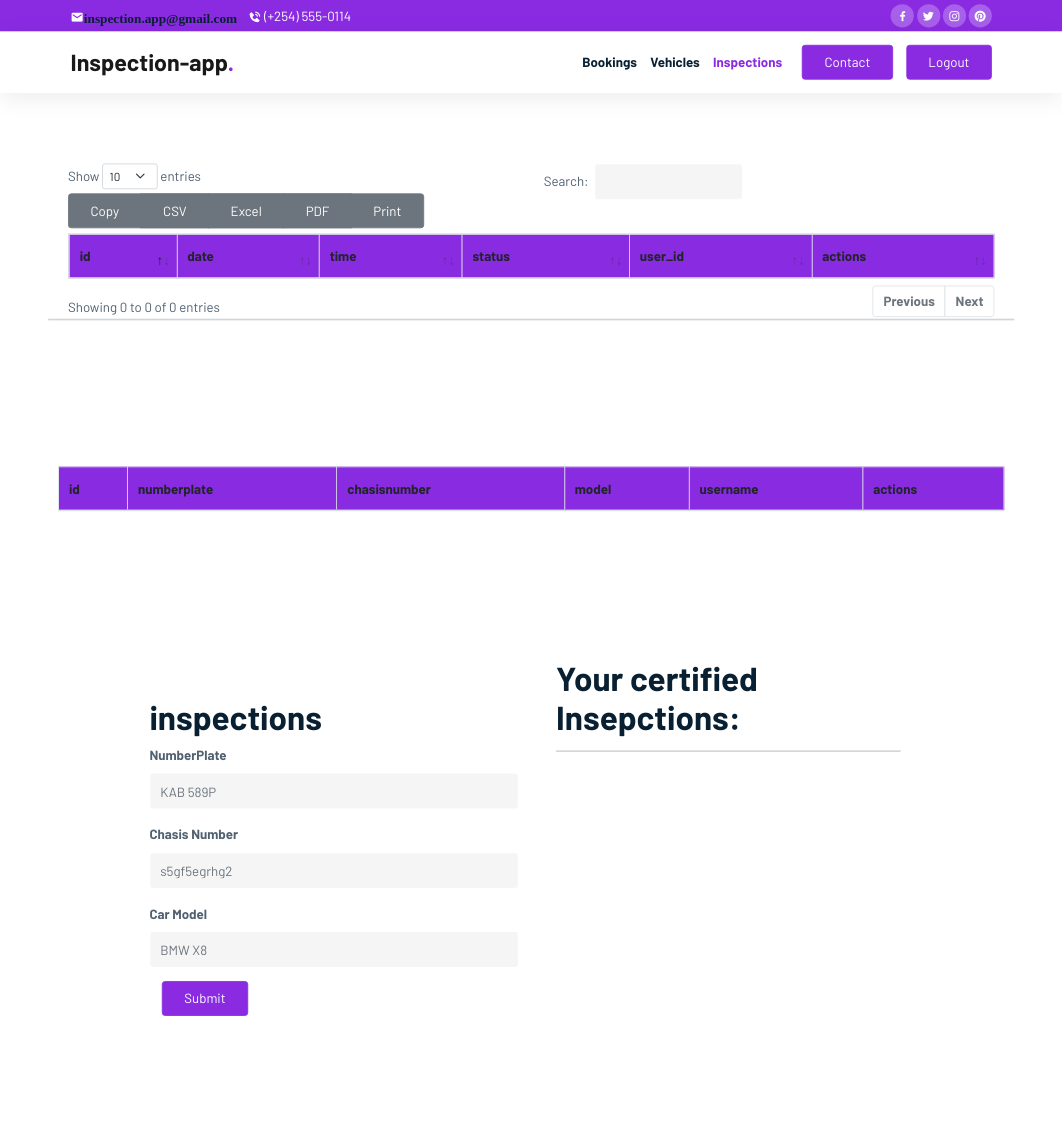
Repository: Jaynie8085/INSPECTION-APP
Page: client/admnDashboard.html
An editor plug-in stored every save of this project. The page is shown before and after the next save, followed by the edit.
The browser window is 1280 px wide. The pictures show the whole page, at 83% of full size.
The page's requests for data from a server got no answer.

Above is the page before, as saved 2022-10-17 06:23:29.
Console error: ReferenceError: fetchBookings is not defined

After the next save:
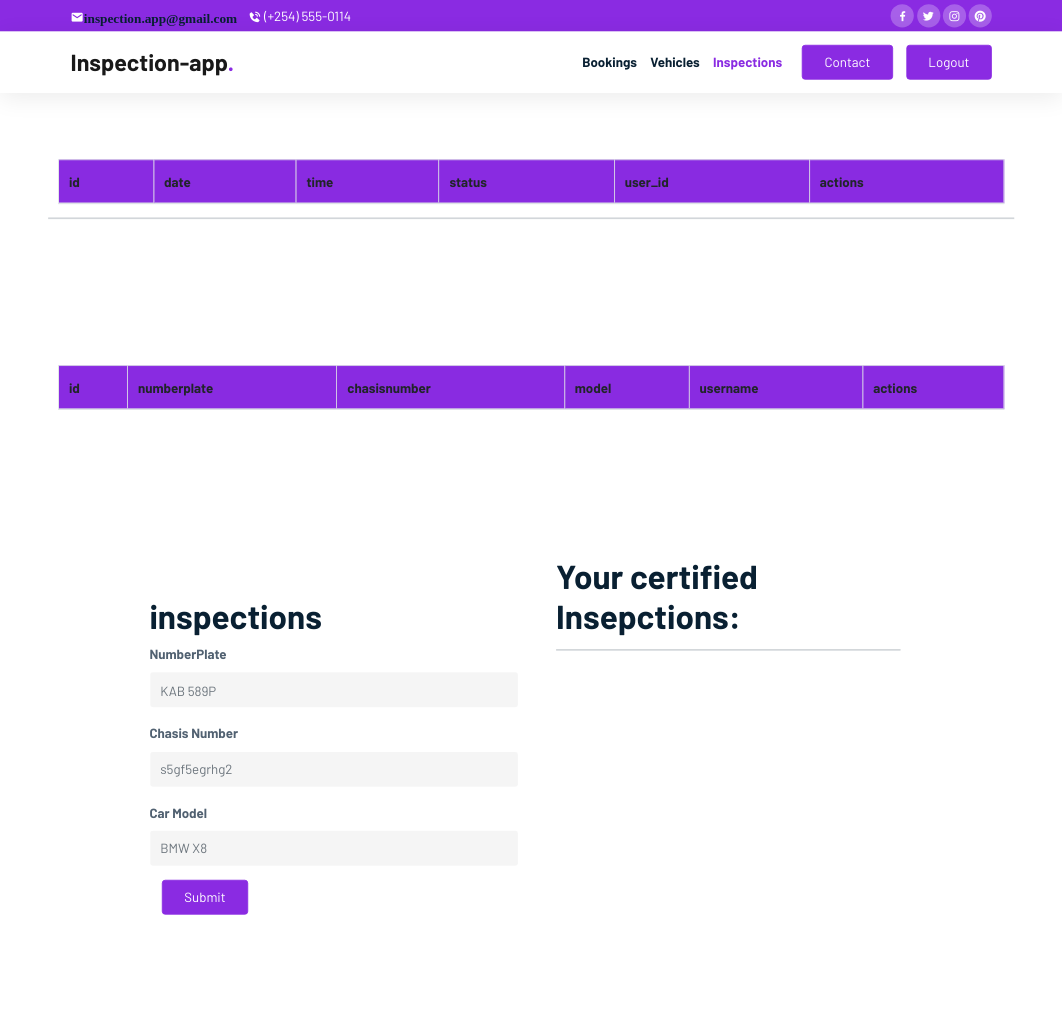
Console error: SyntaxError: Unexpected token '{'
Saved 14 s later.
--- a/client/assets/js/custom.js
+++ b/client/assets/js/custom.js
@@ -53,7 +53,7 @@
   //Call the function that will automatically run renderQuote() also
   fetchBOokings();
 
-  function fetchBOokings() {
+  functio() {
     fetch("http://localhost:3000/bookings")
       .then((resp) => resp.json())
       .then((data) => renderBOokings(data));
@@ -94,8 +94,7 @@
       }
     }
   }
-  //Call the function that will automatically run renderQuote() also
-  fetchBOokings();
+  //Call the function that will automatically run renderQuote() also();
 });
 
 // =============  Data Table - (End) ================= //

After the save that followed:
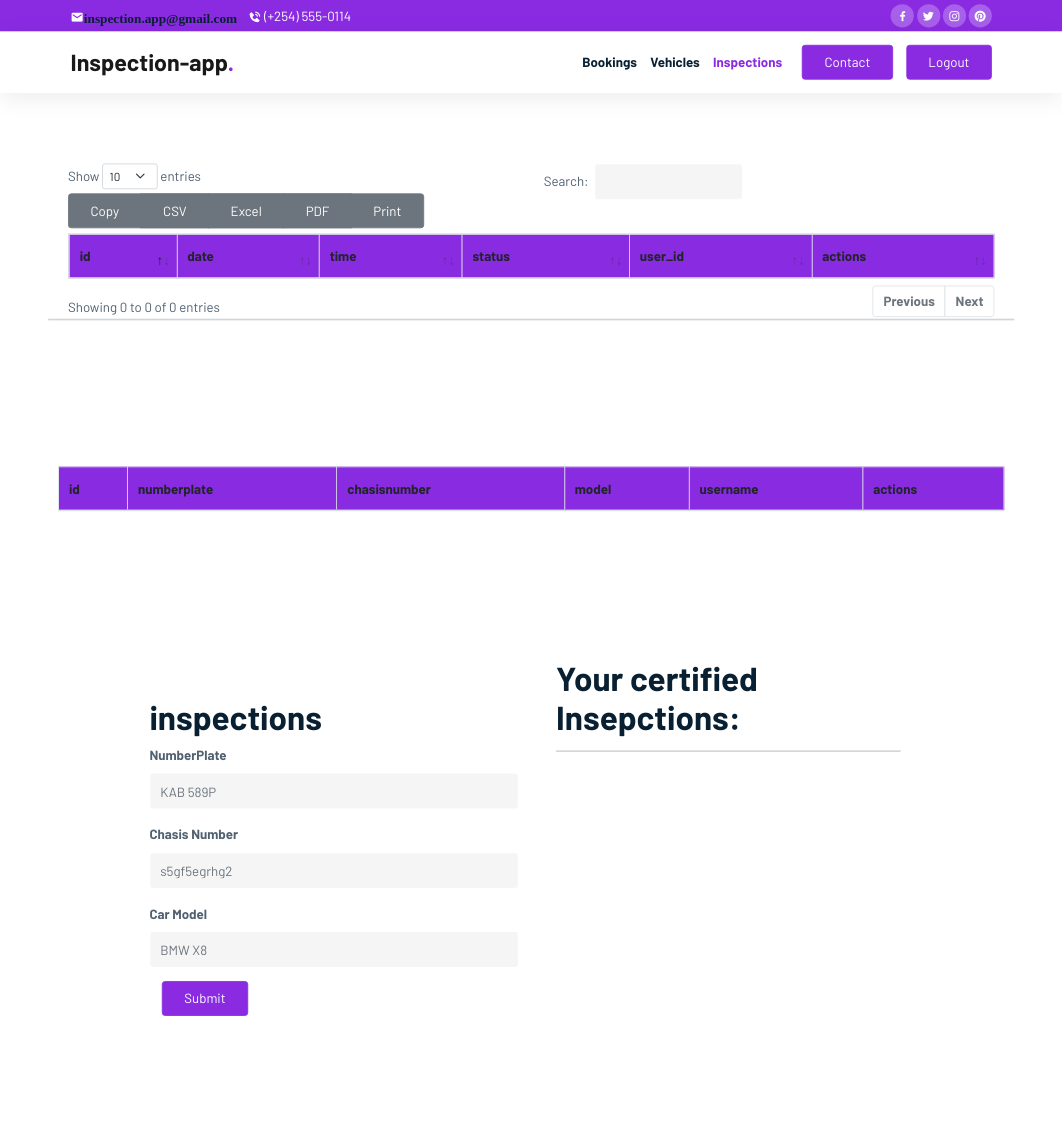
Console error: ReferenceError: fetchBookings is not defined
Saved 3 s later.
--- a/client/assets/js/custom.js
+++ b/client/assets/js/custom.js
@@ -53,7 +53,7 @@
   //Call the function that will automatically run renderQuote() also
   fetchBOokings();
 
-  functio() {
+  function fetchBOokings() {
     fetch("http://localhost:3000/bookings")
       .then((resp) => resp.json())
       .then((data) => renderBOokings(data));
@@ -94,7 +94,8 @@
       }
     }
   }
-  //Call the function that will automatically run renderQuote() also();
+  //Call the function that will automatically run renderQuote() also
+  fetchBOokings();
 });
 
 // =============  Data Table - (End) ================= //
